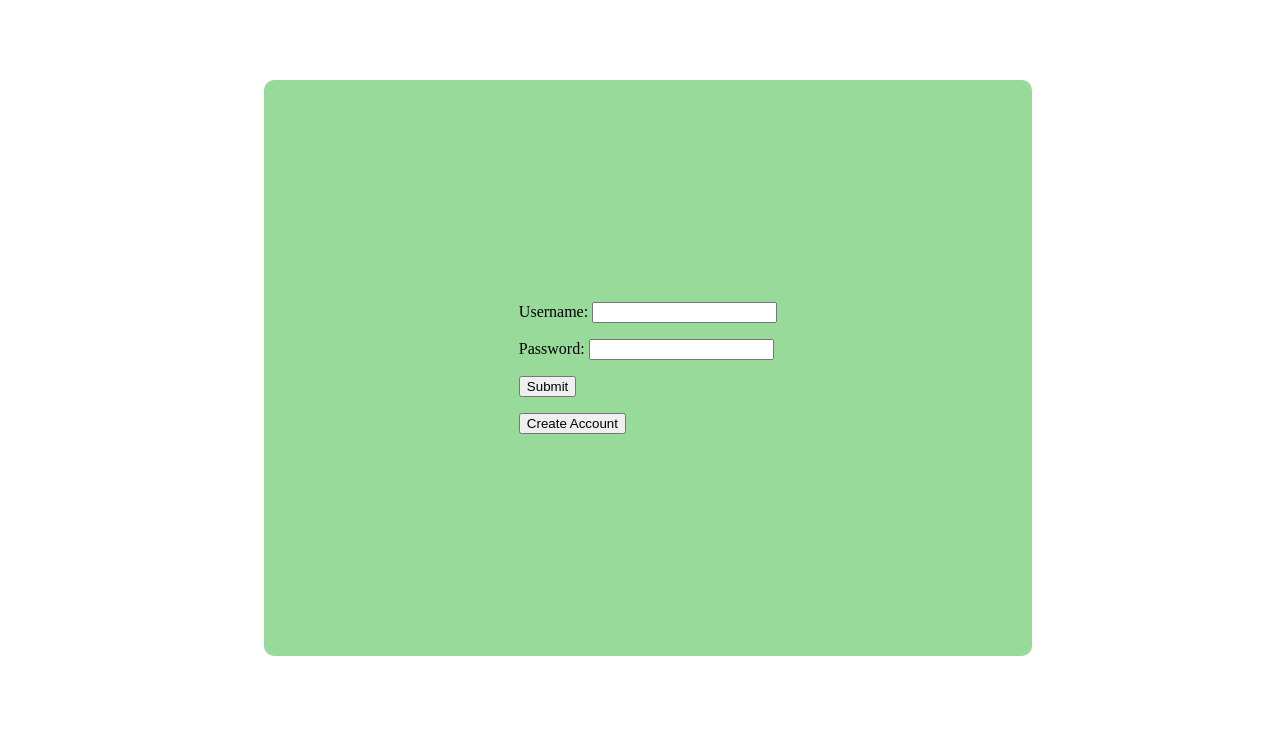
Repository: Jtho28/4830-group-project
Page: Esports-webproj/src/main/webapp/WEB-INF/Login.html
These files come from the project's save history. The page is drawn as it stood at one moment and after the next save; the edit follows.
The browser window is 1280 px wide. The page is 1288 px wide, so the pictures cover 1288 px, including what lies to the right of the window. The pictures show the whole page.

Above is the page before, as saved 2022-11-16 21:04:53.

### Esports-webproj/src/main/webapp/WEB-INF/Login.html
<!DOCTYPE html>
<html>
<head>
<meta charset="UTF-8">
<title>Login</title>
<link rel="stylesheet" href="login.css">
</head>
<body>
<div class="login">
<form action="Login" method="post">
<p>Username: <input type="text" name="username" /></p>
<p>Password: <input type="password" name="password" /></p>
<p><input type="submit" /></p>
<p><button type="button">
Create Account
</button>
</form>
</div>
</body>
</html>

### Esports-webproj/src/main/webapp/WEB-INF/login.css
@charset "UTF-8";

body {
	display: flex;
	align-items: center;
	justify-content: center;
	height: 100vh;
	width: 100vw;
	background: rgba(255,255,255, .8);

}

.login {
	height: 80vh;
	width: 60vw;
	display: flex;
	align-items: center;
	justify-content: center;

	border-radius: 10px;
	background: rgba(50, 181, 55, .5);
	transition: ease all 0.5s;
	box-shadow: 0 2px px 2px rgba(0,0,0, .7)
}
.login:hover {
	background: rgba(50, 181, 55, .5);
}

h1 {
	color: yellow;
	margin-left: 20px;
}

After the next save:
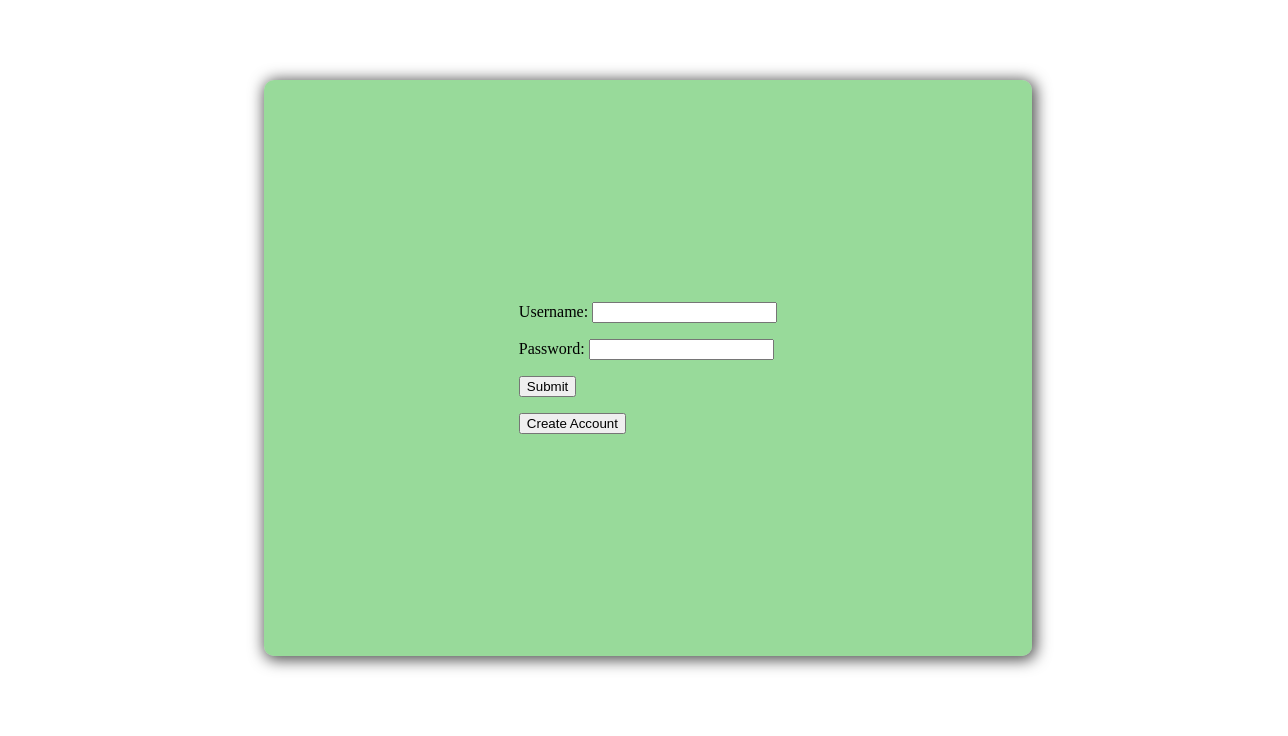
Saved 37 s later.
--- a/Esports-webproj/src/main/webapp/WEB-INF/login.css
+++ b/Esports-webproj/src/main/webapp/WEB-INF/login.css
@@ -20,7 +20,7 @@ body {
 	border-radius: 10px;
 	background: rgba(50, 181, 55, .5);
 	transition: ease all 0.5s;
-	box-shadow: 0 2px px 2px rgba(0,0,0, .7)
+	box-shadow: 2px 2px 15px 2px rgba(0,0,0, .7)
 }
 .login:hover {
 	background: rgba(50, 181, 55, .5);
